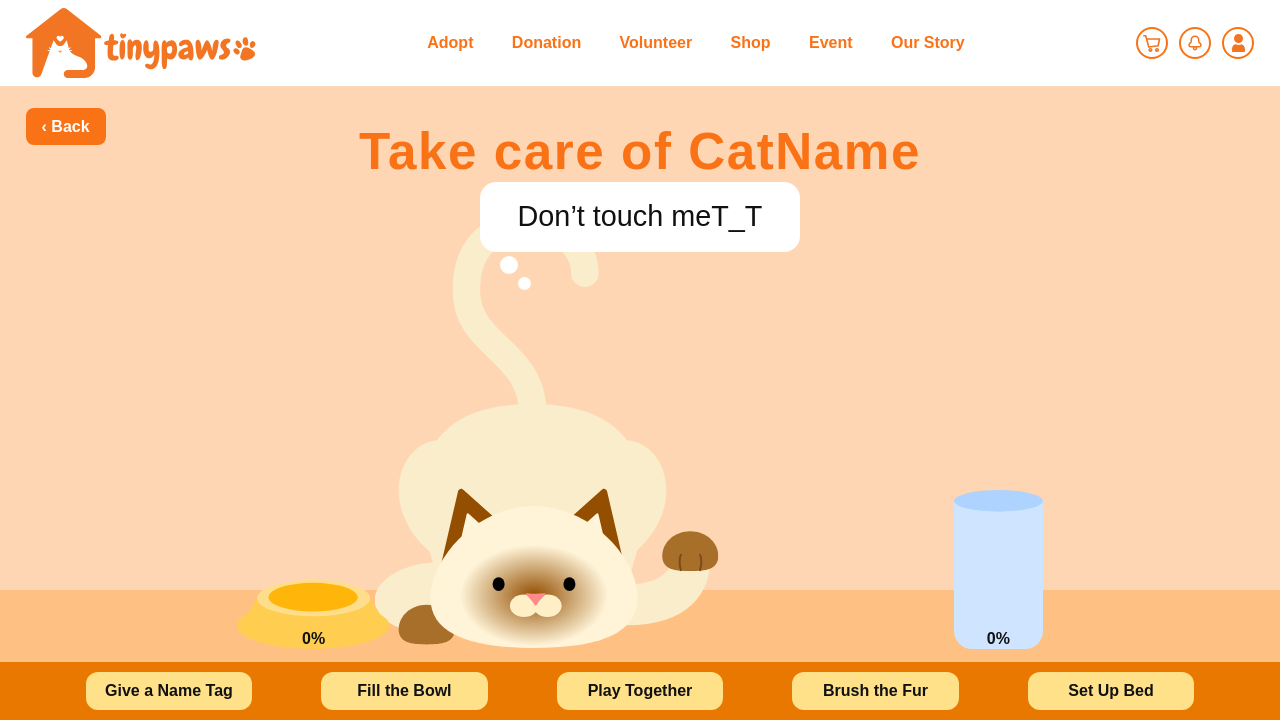
Repository: LShuyanLi/TinyPaws
Page: /, after clicking the first element matching `div > div`
These files come from the project's save history. The page is drawn as it stood at one moment and after the next save; the edit follows.
The browser window is 1280 px wide. The pictures show the whole page.
The project was rebuilt for these pictures with package versions that can differ from the ones it lists, and the page was loaded fresh each time. The framework's server and built-in components were replaced by stand-ins that run in the browser. Also part of the build but not shown: next.config.mjs.

Above is the page before, as saved 2026-05-09 23:38:18.

After the next save:
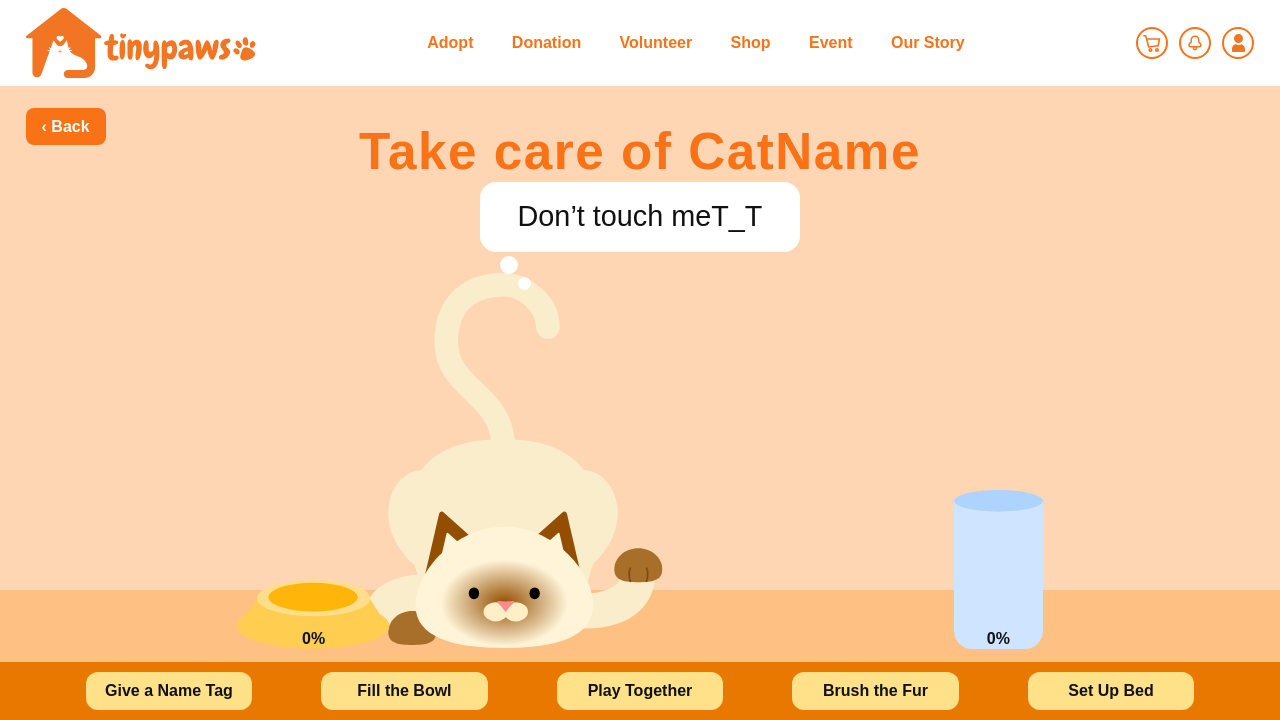
Saved 7 s later.
--- a/components/shared/CatDisplay.jsx
+++ b/components/shared/CatDisplay.jsx
@@ -8,8 +8,8 @@ export default function CatDisplay({
   let catImage = "/cat-1.svg";
 
   let catStyle = {
-    width: "70%",
-    height: "70%",
+    width: "60%",
+    height: "60%",
     objectFit: "contain",
     position: "absolute",
     bottom: "0px",
